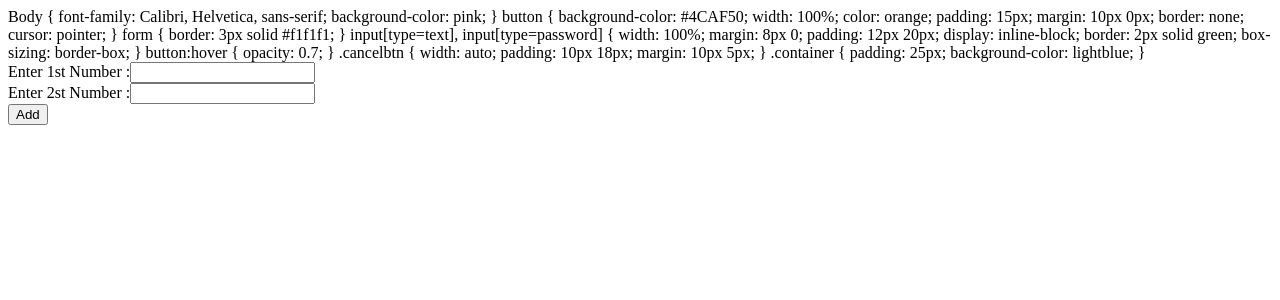
Repository: Shree50/ArisGlobal_Dev_Track
Page: http://localhost/AddJSP/
The author's editor kept a copy of each file at every save. The page is drawn from the files as they stood at one save, then again after the next save.
The browser window is 1280 px wide. The pictures show the whole page.
The page is served by Tomcat 9.

Above is the page before, as saved 2021-12-11 14:34:57.

After the next save:
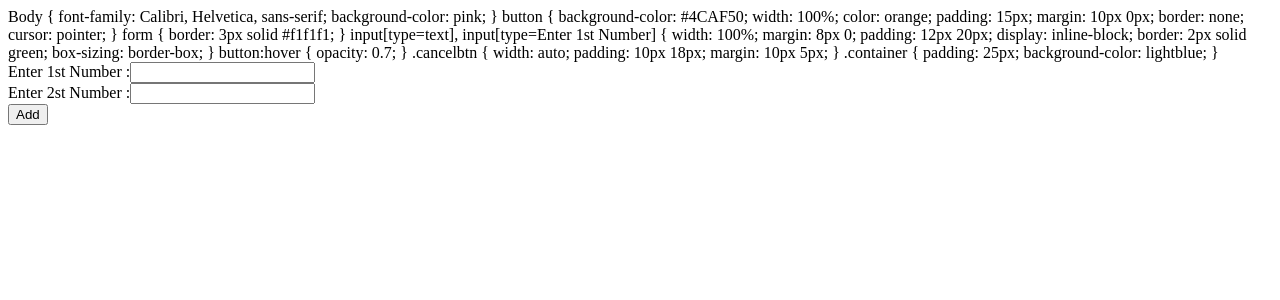
Saved 90 s later.
--- a/AddJSP/src/main/webapp/index.jsp
+++ b/AddJSP/src/main/webapp/index.jsp
@@ -23,7 +23,7 @@ button {
  form {
         border: 3px solid #f1f1f1;
     }
- input[type=text], input[type=password] {
+ input[type=text], input[type=Enter 1st Number] {
         width: 100%;
         margin: 8px 0;
         padding: 12px 20px;
